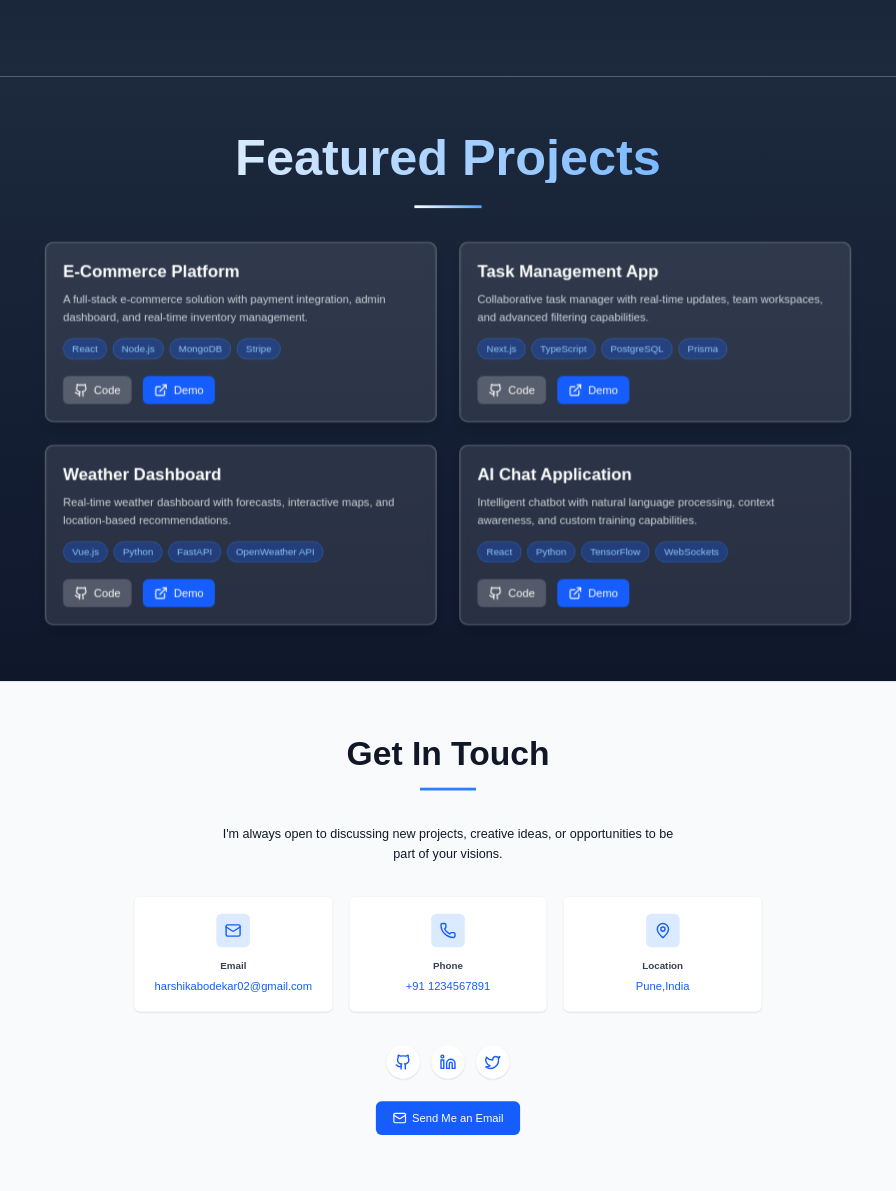
Repository: harshikabodekar/portfolio_awp
Page: /
These files come from the project's save history. The page is drawn as it stood at one moment and after the next save; the edit follows.
The browser window is 1280 px wide. The pictures show the part of the page from y = 1396 to 3316 px (the page is 3097 px tall before and 3316 px after), at 70% of full size.
The project was rebuilt for these pictures with package versions that can differ from the ones it lists, and the page was loaded fresh each time. The framework's server and built-in components were replaced by stand-ins that run in the browser. Also part of the build but not shown: next.config.mjs.

Above is the page before, as saved 2025-10-15 20:34:21.

After the next save:
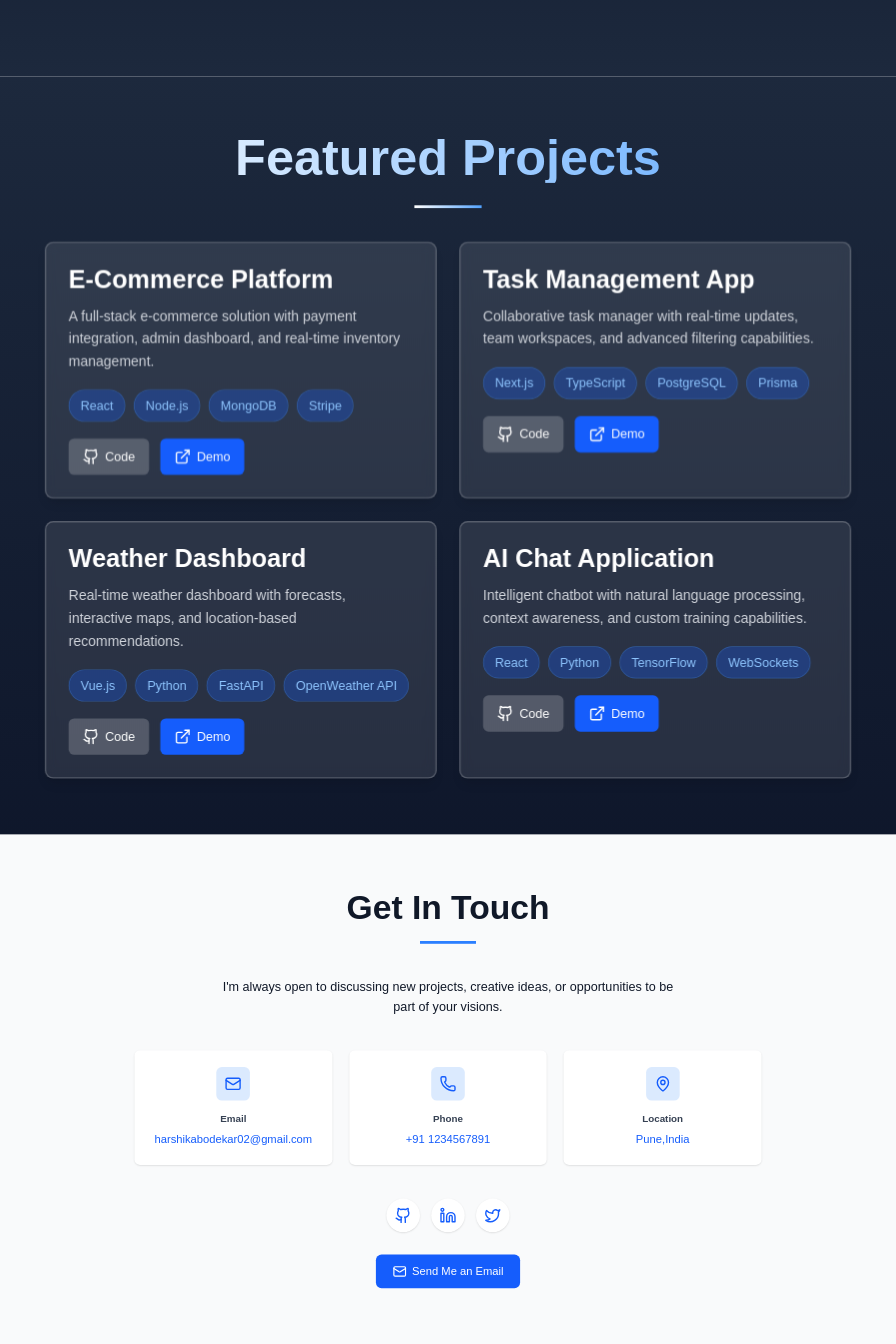
Saved 2 min 28 s later.
--- a/src/app/components/ProjectCard.js
+++ b/src/app/components/ProjectCard.js
@@ -6,21 +6,21 @@ export default function ProjectCard({ project = {} }) {
   const { title, description, tech = [], github, demo } = project;
 
   return (
-    <article className="bg-white/10 backdrop-blur-sm border-2 border-white/20 rounded-xl p-6 shadow-lg hover:shadow-2xl hover:border-blue-400/50 transition-all duration-300 group">
-      <h3 className="font-bold text-2xl mb-3 text-white group-hover:text-blue-400 transition-colors">
+    <article className="bg-white/10 backdrop-blur-sm border-2 border-white/20 rounded-xl p-8 shadow-lg hover:shadow-2xl hover:border-blue-400/50 transition-all duration-300 group">
+      <h3 className="font-bold text-3xl md:text-4xl mb-4 text-white group-hover:text-blue-400 transition-colors">
         {title || "Untitled Project"}
       </h3>
 
-      <p className="text-gray-300 text-base mb-4 leading-relaxed">
+      <p className="text-gray-300 text-lg md:text-xl mb-6 leading-relaxed">
         {description || "An event management site that manages the event."}
       </p>
 
       {tech && tech.length > 0 && (
-        <div className="flex flex-wrap gap-2 mb-4">
+        <div className="flex flex-wrap gap-3 mb-6">
           {tech.map((technology, index) => (
             <span
               key={index}
-              className="px-3 py-1 bg-blue-600/30 text-blue-300 rounded-full text-sm font-medium border border-blue-400/30"
+              className="px-4 py-2 bg-blue-600/30 text-blue-300 rounded-full text-base md:text-lg font-medium border border-blue-400/30"
             >
               {technology}
             </span>
@@ -34,10 +34,10 @@ export default function ProjectCard({ project = {} }) {
             href={github}
             target="_blank"
             rel="noreferrer"
-            className="flex items-center gap-2 px-4 py-2 bg-white/20 hover:bg-white/30 text-white rounded-lg transition-colors"
+            className="flex items-center gap-2 px-5 py-3 bg-white/20 hover:bg-white/30 text-white rounded-lg transition-colors text-base md:text-lg font-medium"
             aria-label="View on GitHub"
           >
-            <Github className="w-5 h-5" />
+            <Github className="w-6 h-6" />
             <span>Code</span>
           </a>
         )}
@@ -47,10 +47,10 @@ export default function ProjectCard({ project = {} }) {
             href={demo}
             target="_blank"
             rel="noreferrer"
-            className="flex items-center gap-2 px-4 py-2 bg-blue-600 hover:bg-blue-700 text-white rounded-lg transition-colors"
+            className="flex items-center gap-2 px-5 py-3 bg-blue-600 hover:bg-blue-700 text-white rounded-lg transition-colors text-base md:text-lg font-medium"
             aria-label="View live demo"
           >
-            <ExternalLink className="w-5 h-5" />
+            <ExternalLink className="w-6 h-6" />
             <span>Demo</span>
           </a>
         )}
